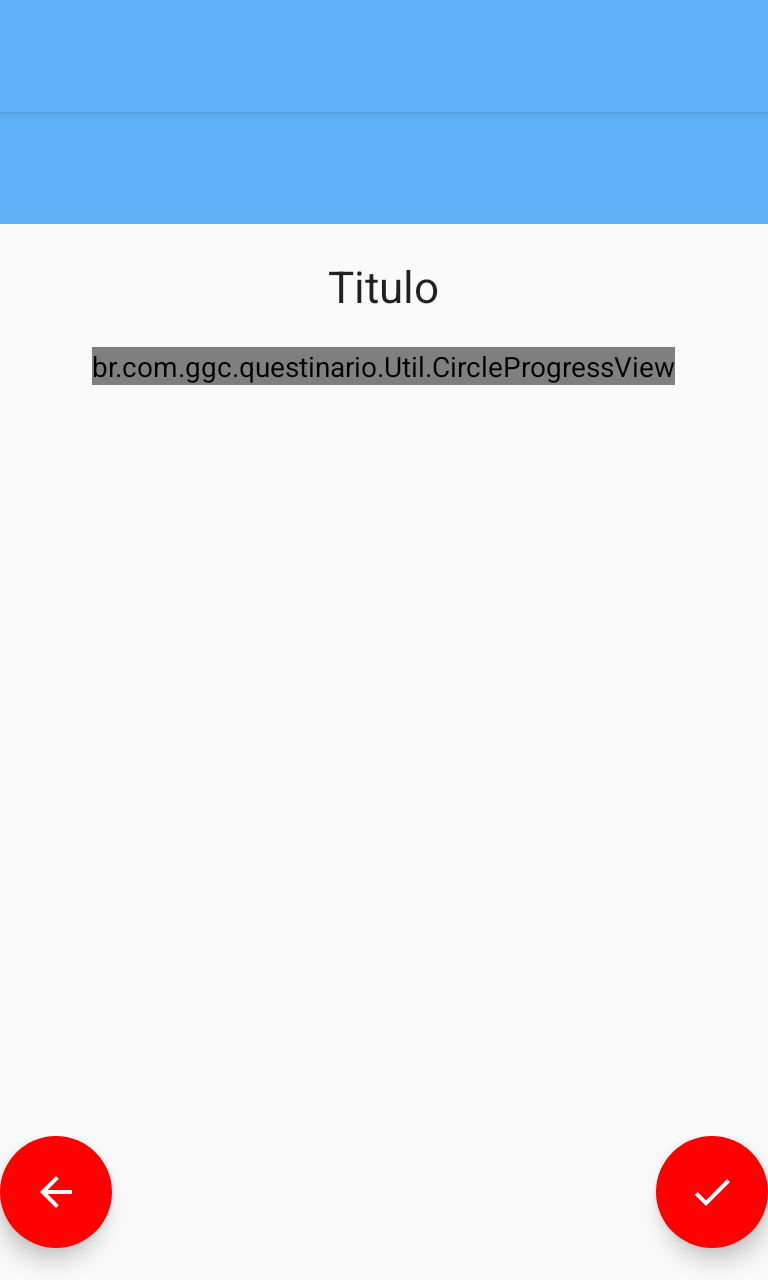
Repository: Gilson-Android/Questionario_App
Layout: Questinario/res/layout/activity_principal.xml
The author's editor kept a copy of each file at every save. The layout is drawn from the files as they stood at one save, then again after the next save.
Pictures or frames that could not be fetched are drawn as grey boxes. It is drawn on a 768 x 1280 px phone screen (xhdpi) without system bars, with theme AppTheme; the app's code is not run.

Above is the layout before, as saved 2015-09-03 21:55:16.

After the next save:
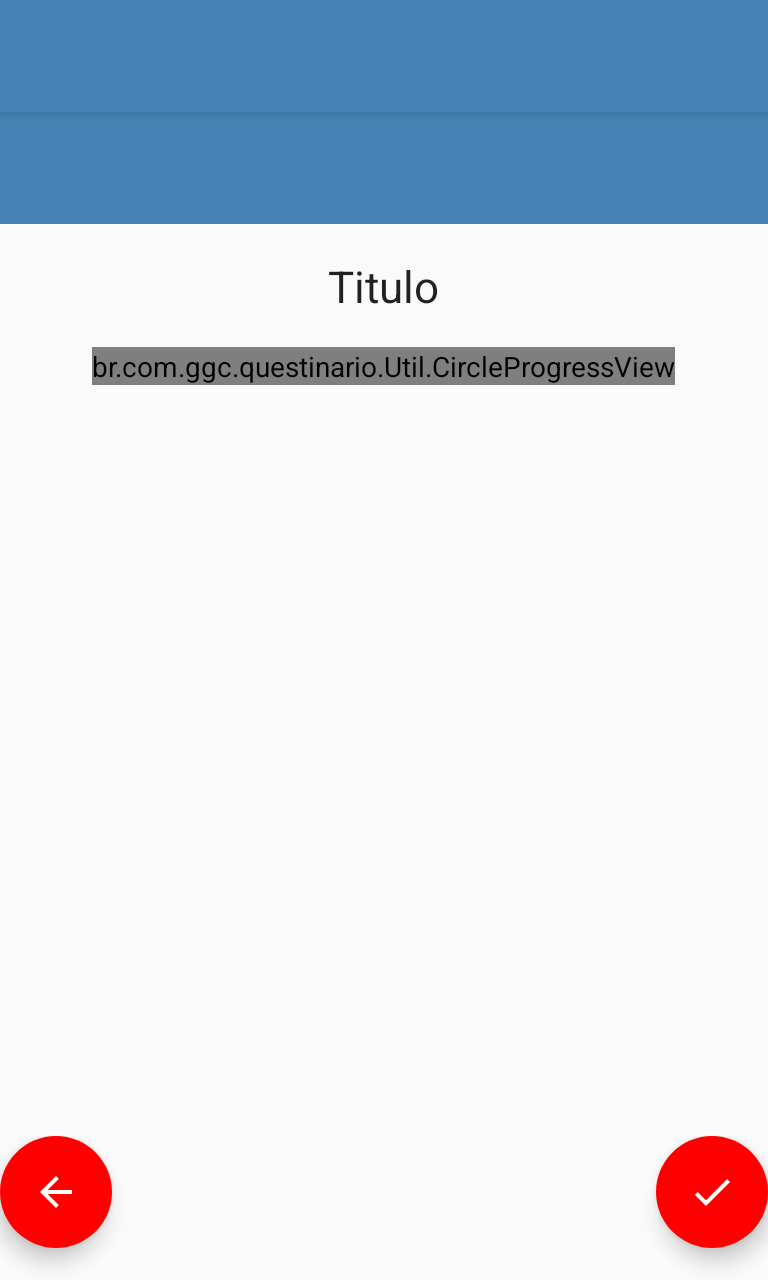
Saved 41 s later.
--- a/Questinario/res/values/color.xml
+++ b/Questinario/res/values/color.xml
@@ -1,10 +1,8 @@
 <?xml version="1.0" encoding="utf-8"?>
 <resources>
 
-    <color name="Azul_Claro">#5fb2f7</color>
-    <color name="Azul"> #055e9b</color>
+    <color name="Azul_Claro">#4682B4</color>
+    <color name="Azul"> #0192f6</color>
     <color name="light_gray_header_color">#646663</color>
-     <color name="colorControlNormal">#25638e</color>
-     <color name="colorPrimaryDark">#8bcdfb</color>
 
 </resources>
